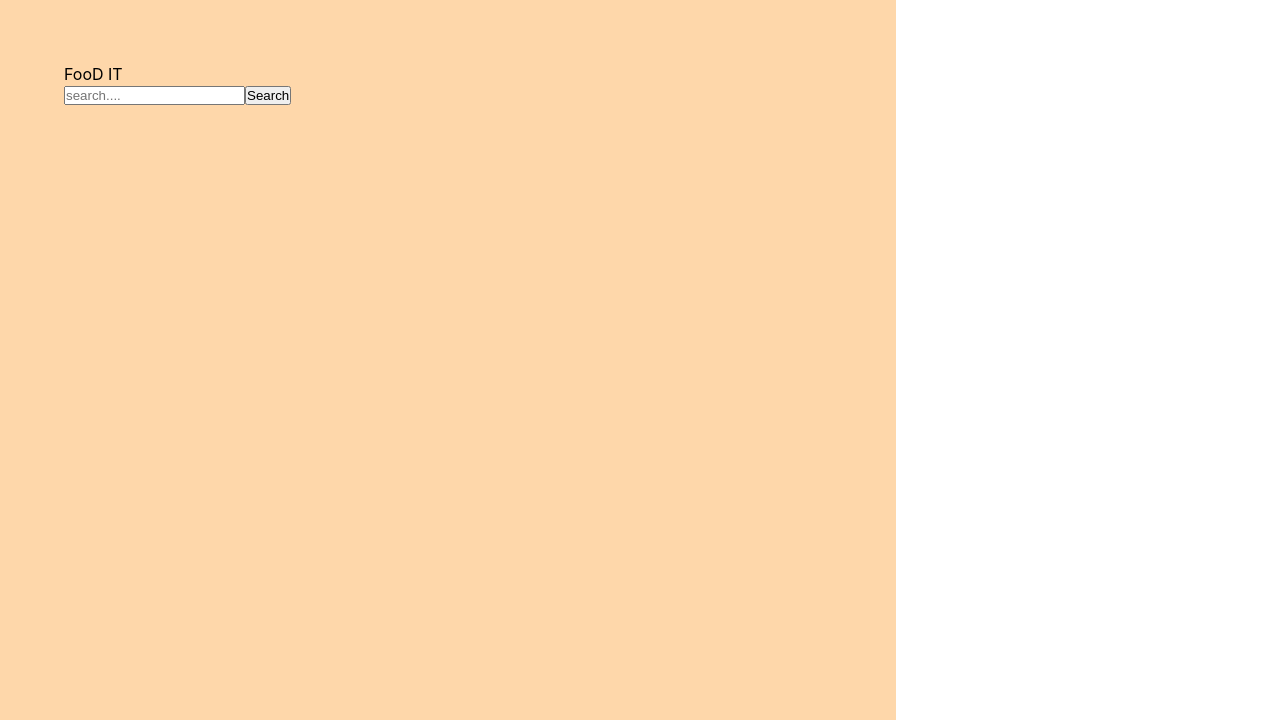
Repository: sandipkarmokar/recipeApp
Page: /
The author's editor kept a copy of each file at every save. The page is drawn from the files as they stood at one save, then again after the next save.
The browser window is 1280 px wide. The pictures show the whole page.
The project was rebuilt for these pictures with package versions that can differ from the ones it lists, and the page was loaded fresh each time.

Above is the page before, as saved 2022-04-15 16:43:05.

After the next save:
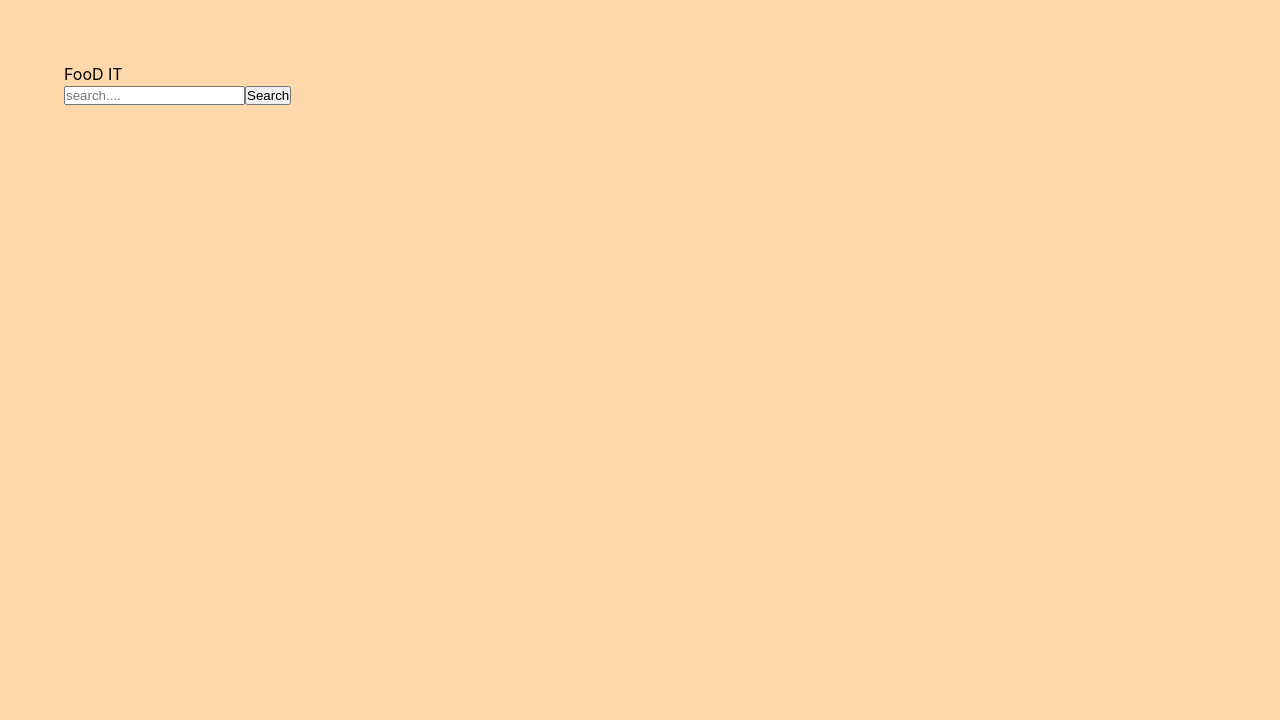
Saved 17 s later.
--- a/src/App.css
+++ b/src/App.css
@@ -10,6 +10,9 @@
     background-color: #fed7aa;
     overflow: hidden;
     padding: 4rem;
+}
+
+.app .app-container {
     width: 70%;
     margin: o auto;
 }
